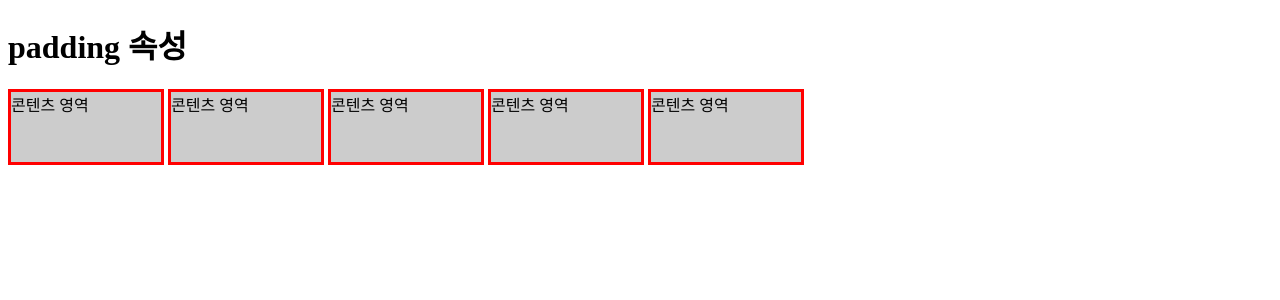
Repository: cussip/SuperHands
Page: WebExam/src/main/webapp/css/box_model/padding.html
The author's editor kept a copy of each file at every save. The page is drawn from the files as they stood at one save, then again after the next save.
The browser window is 1280 px wide. The pictures show the whole page.

Above is the page before, as saved 2022-01-31 04:27:55.

After the next save:
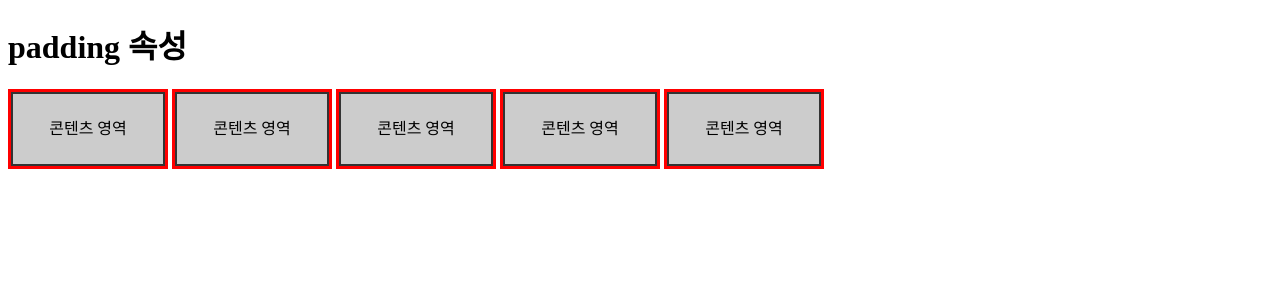
Saved 47 s later.
--- a/WebExam/src/main/webapp/css/box_model/padding.html
+++ b/WebExam/src/main/webapp/css/box_model/padding.html
@@ -13,6 +13,9 @@
 			margin: 0px;
 			width: 150px;
 			height: 70px;
+			border: #333 solid 2px;
+			text-align: center;
+			line-height: 70px;
 		}
 	</style>
 </head>
